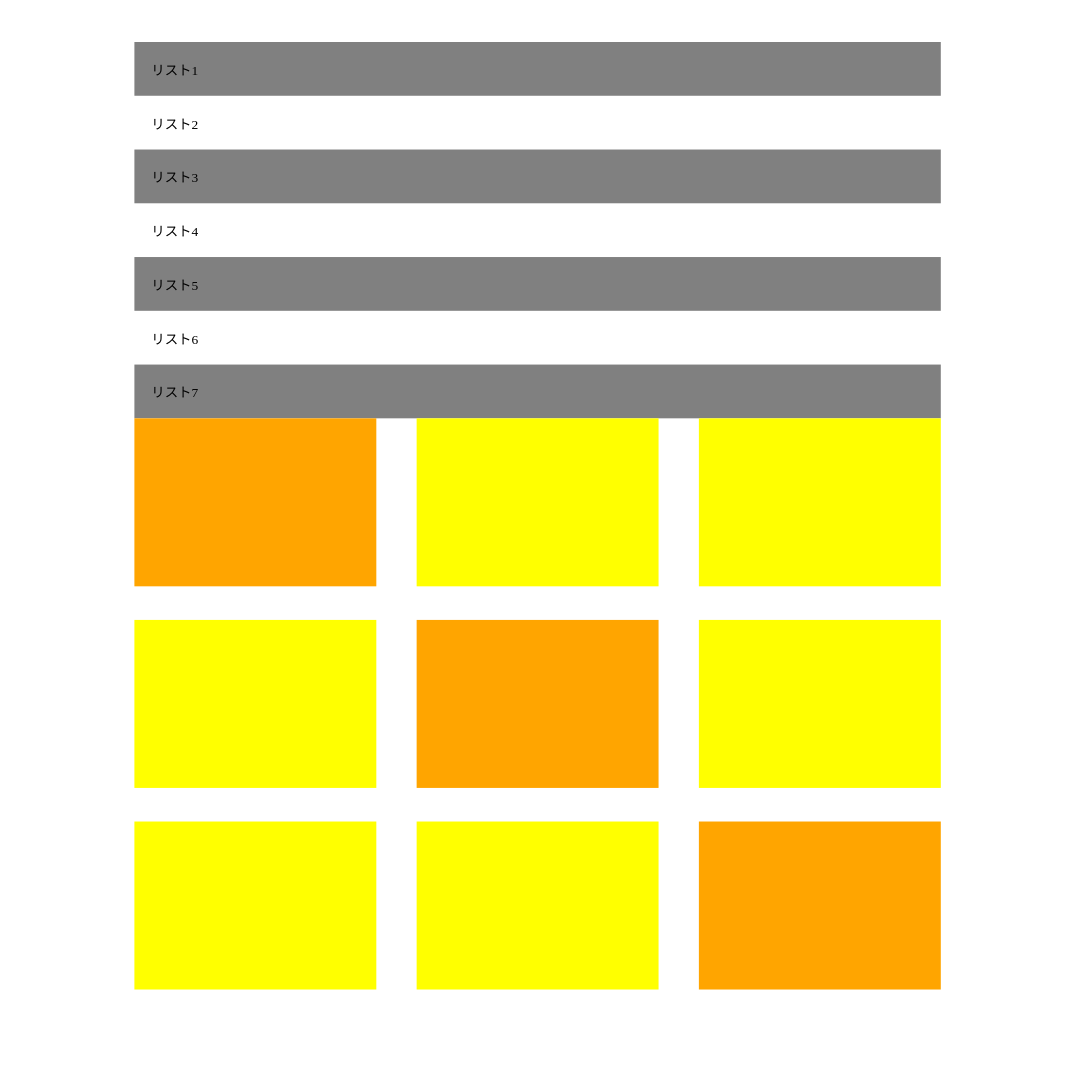
Repository: ryosei-110/HTML-CSS-
Page: 1-8exercise/1-8.html
The author's editor kept a record of every edit. The page is drawn from the files as they stood at one moment, then again after the next edit.
The browser window is 1280 px wide. The pictures show the whole page, at 84% of full size.

Above is the page before.

### 1-8exercise/1-8.html
<!DOCTYPE html>
<html lang="ja">
  <head>
    <meta charset="UTF-8" />
    <link rel="stylesheet" href="1-8.css" />
    <title>8章演習問題</title>
  </head>

  <body>
    <div class="main">
      <div class="list-type">
        <p class="list">リスト1</p>
        <p class="list">リスト2</p>
        <p class="list">リスト3</p>
        <p class="list">リスト4</p>
        <p class="list">リスト5</p>
        <p class="list">リスト6</p>
        <p class="list">リスト7</p>
      </div>

    <div class="box-location">
      <div class="box orange"></div>
      <div class="box yellow"></div>
      <div class="box yellow"></div>
      <div class="box yellow"></div>
      <div class="box orange"></div>
      <div class="box yellow"></div>
      <div class="box yellow"></div>
      <div class="box yellow"></div>
      <div class="box orange"></div>
    </div>
    </div>


  </body>
  </html>

### 1-8exercise/1-8.css
* {
  margin: 0;
  padding: 0;
  box-sizing: border-box;
}

.main {
  width: 960px;
  margin: 50px auto;
}

.list {
  padding: 20px;
}

.list-type p:nth-child(odd) {
  background-color: gray;
}

.box-location {
  display: flex;
  flex-wrap: wrap;
}

.box {
  width: 30%;
  height: 200px;
  margin-bottom: 40px;
  margin-right: 5%;
}

.box:nth-child(3n) {
  margin-right: 0;
}

.orange {
  background-color: orange;
}

.yellow {
  background-color: yellow;
}

After the next edit:
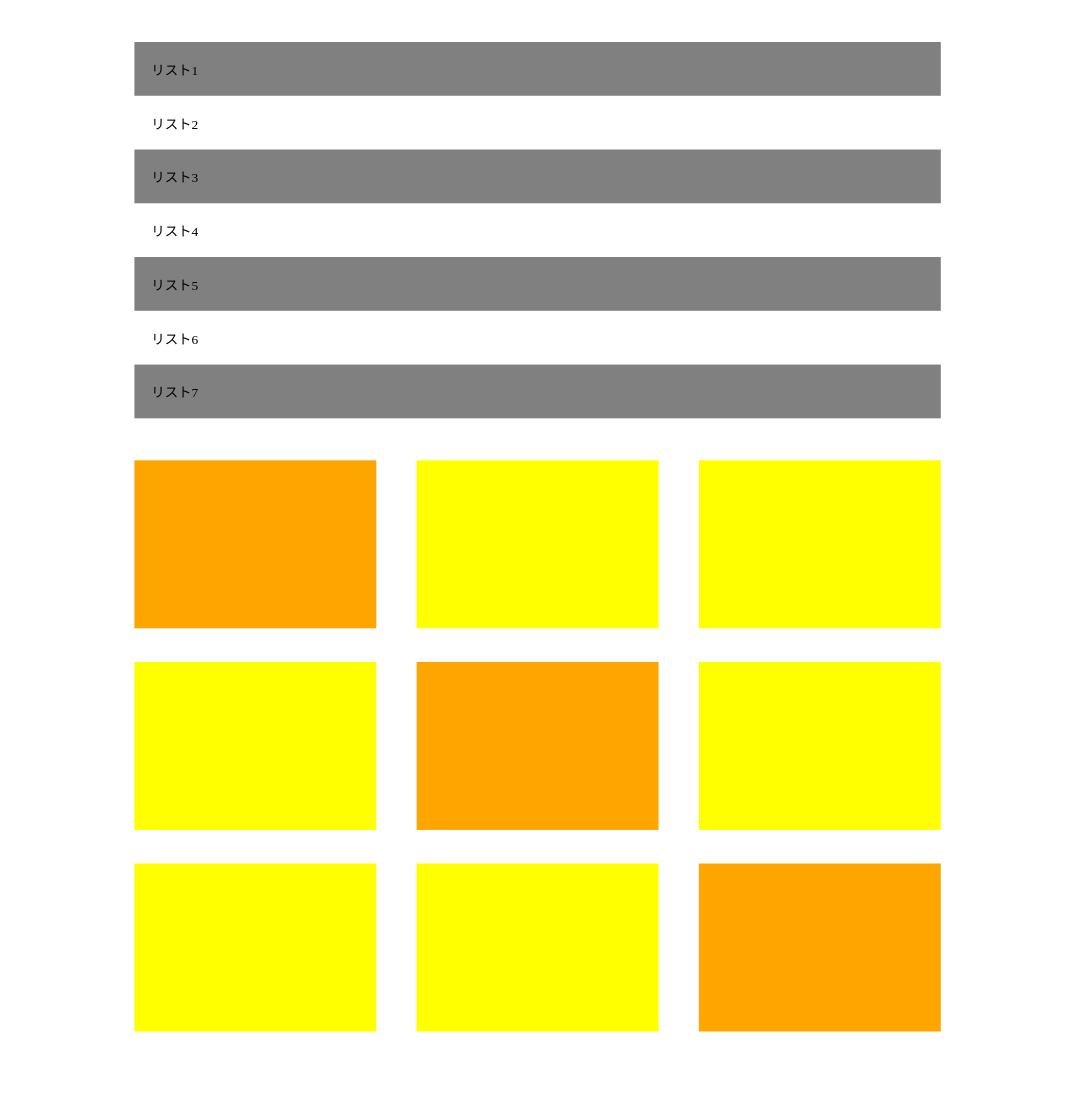
The edit:
--- a/1-8exercise/1-8.css
+++ b/1-8exercise/1-8.css
@@ -15,6 +15,10 @@
 
 .list-type p:nth-child(odd) {
   background-color: gray;
+}
+
+.list-type p:nth-child(7) {
+  margin-bottom: 50px;
 }
 
 .box-location {
